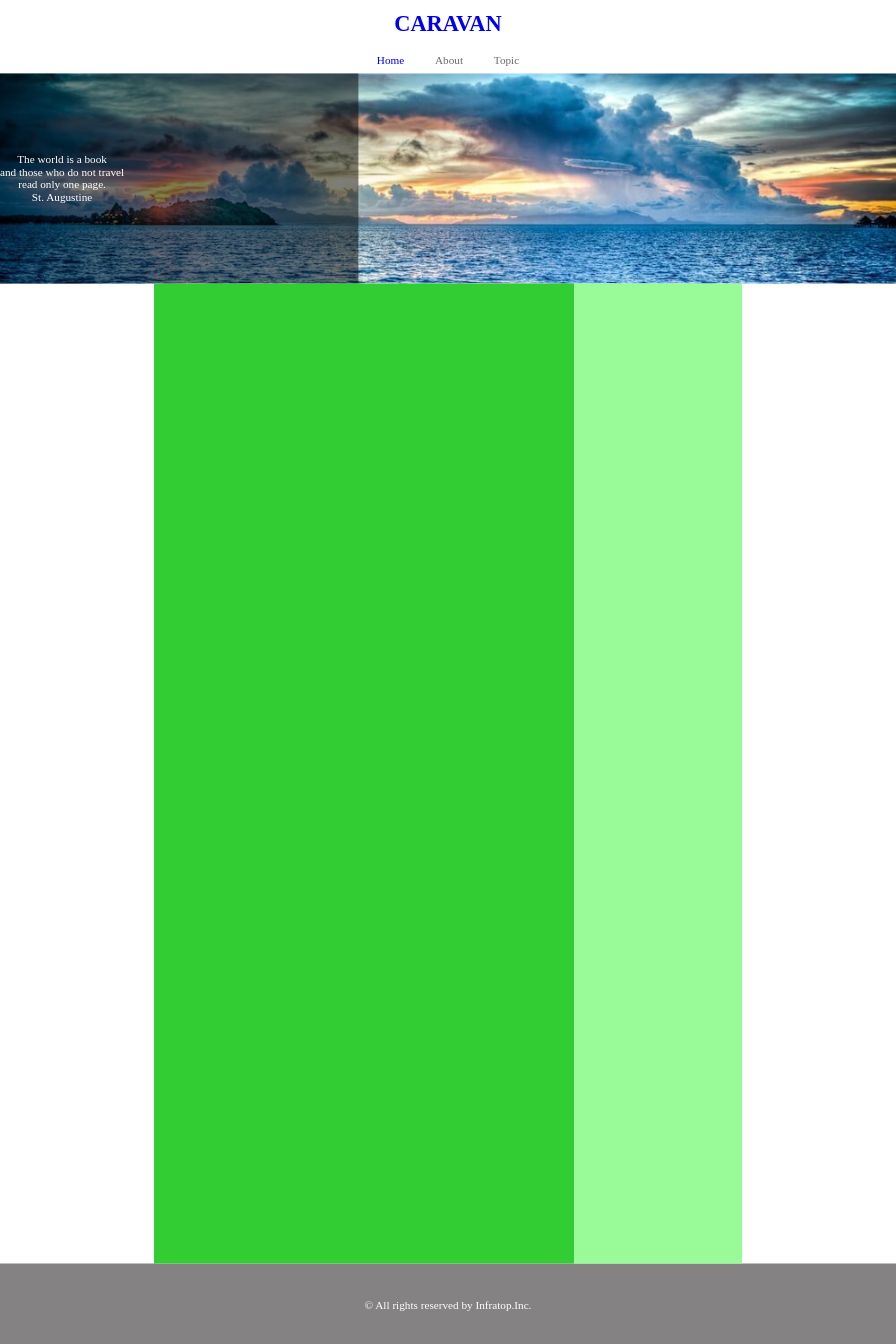
Repository: rascalNoShippo/git-practice
Page: caravan/index.html
The author's editor kept a record of every edit. The page is drawn from the files as they stood at one moment, then again after the next edit.
The browser window is 1280 px wide. The pictures show the part of the page from y = 0 to 1920 px (the page is 1925 px tall before and 3325 px after), at 70% of full size.

Above is the page before.

### caravan/index.html
<!DOCTYPE html>
<html lang="ja">
  <head>
    <meta charset="UTF-8" />
    <link rel="stylesheet" href="style.css" />
    <title>CARAVAN</title>
  </head>

  <body>
    <header>
      <h1 class="heading">
        <a href="index.html">CARAVAN</a>
      </h1>
    </header>
    <nav>
      <ul class="nav-list">
        <li class="nav-list-item">
          <a href="index.html">Home</a>
        </li>
        <li class="nav-list-item">About</li>
        <li class="nav-list-item">Topic</li>
      </ul>
    </nav>
    <div class="main-visual">
      <div class="main-visual-content">
        <div>
          <p class="main-visual-text">
            The world is a book<br>and those who do not travel<br>read only one page.
          </p>
          <p class="main-visual-name">
            St. Augustine
          </p>
        </div>
      </div>
    </div>
    <div class="main">
      <div class="blog"></div>
      <div class="sidebar"></div>
    </div>
    <footer>
      <p class="footer-text">© All rights reserved by Infratop.Inc.</p>
    </footer>
  </body>
</html>

### caravan/style.css
*{
  margin: 0;
  padding: 0;
  box-sizing: border-box;
}

body{
  color: #6c6b6b;
}

a{
  text-decoration: none;
}

header {
  width: 90%;
  padding: 15px 0;
  margin: 0 auto;
  text-align: center
}

header .heading{
  font-size: 32px;
}

.nav-list{
 text-align: center;
 padding: 10px 0;
 margin: 0 auto;
 }

.nav-list-item{
  list-style: none;
  display: inline-block;
  margin: 0 20px;
}

.main-visual{
  width: 100%;
  height: 300px;
  background-image: url("image/mv.jpg");
  background-size: cover;
  background-position: center;
}

.main-visual-content{
  width: 40%;
  height: 300px;
  background-color: rgba(0,0,0,0.5);
  display: flex;
  align-items: center;
  flex-wrap: wrap;
  text-align: center;
  color: white;
}

/*.main-visual-content p{
  text-align: center;
}
*/
.main{
  width: 840px;
  /*height: 1400px;*/
  /*background-color: green;*/
  display: flex;
  justify-content: center;
  margin: 0 auto;
}

.blog{
  width: 600px;
  height: 1400px;
  background-color: limegreen;
}

.sidebar{
  width: 240px;
  height: 1400px;
  background-color: palegreen;
}

footer {
  width: 100%;
  height: 120px;
  text-align: center;
  line-height: 120px;
  background-color: #848282;
}

.footer-text {
  color: #fff;
}

After the next edit:
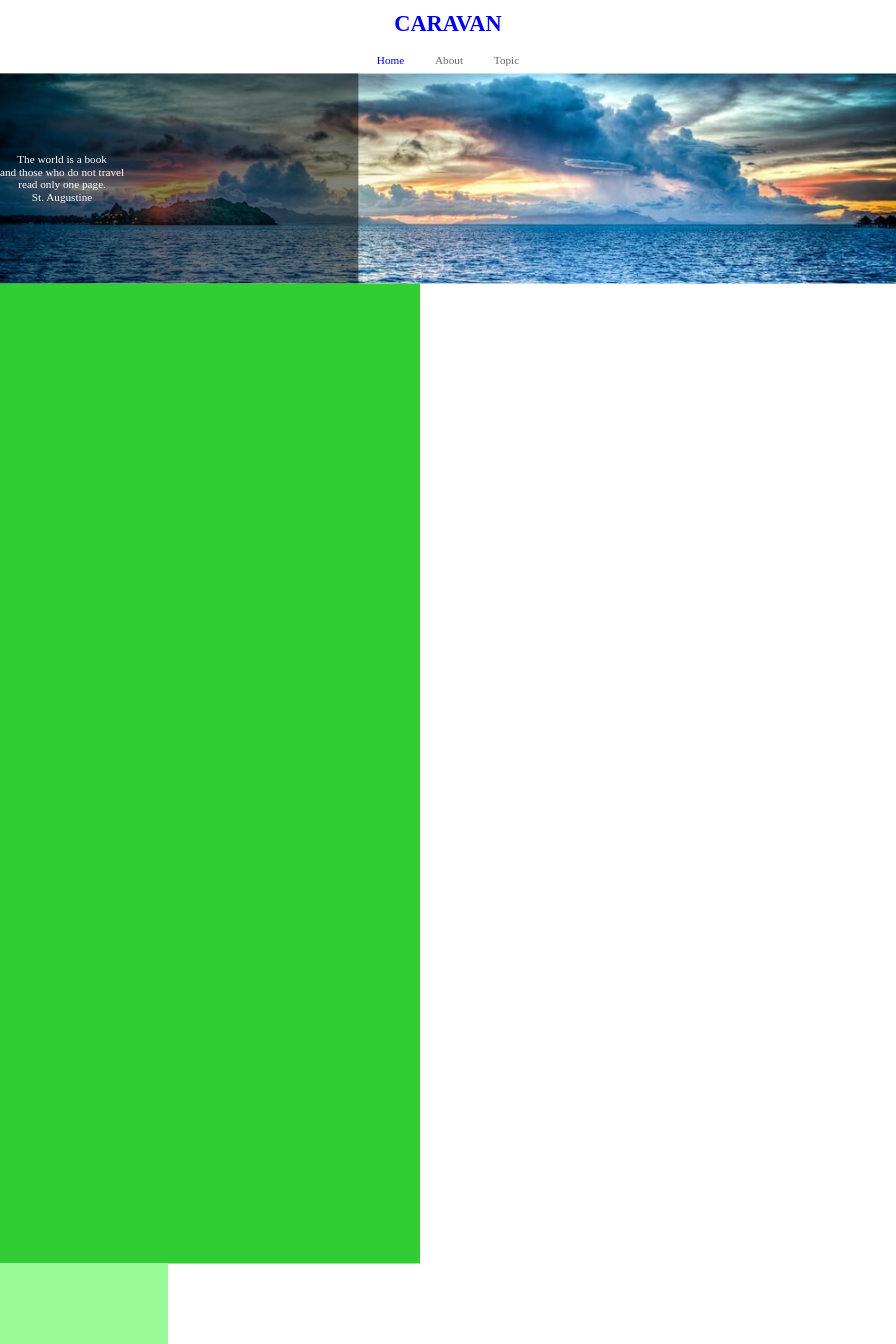
The edit:
--- a/caravan/style.css
+++ b/caravan/style.css
@@ -54,7 +54,7 @@
   color: white;
 }
 
-/*.main-visual-content p{
+.main-visual-content p{
   text-align: center;
 }
 */

After the edit that followed:
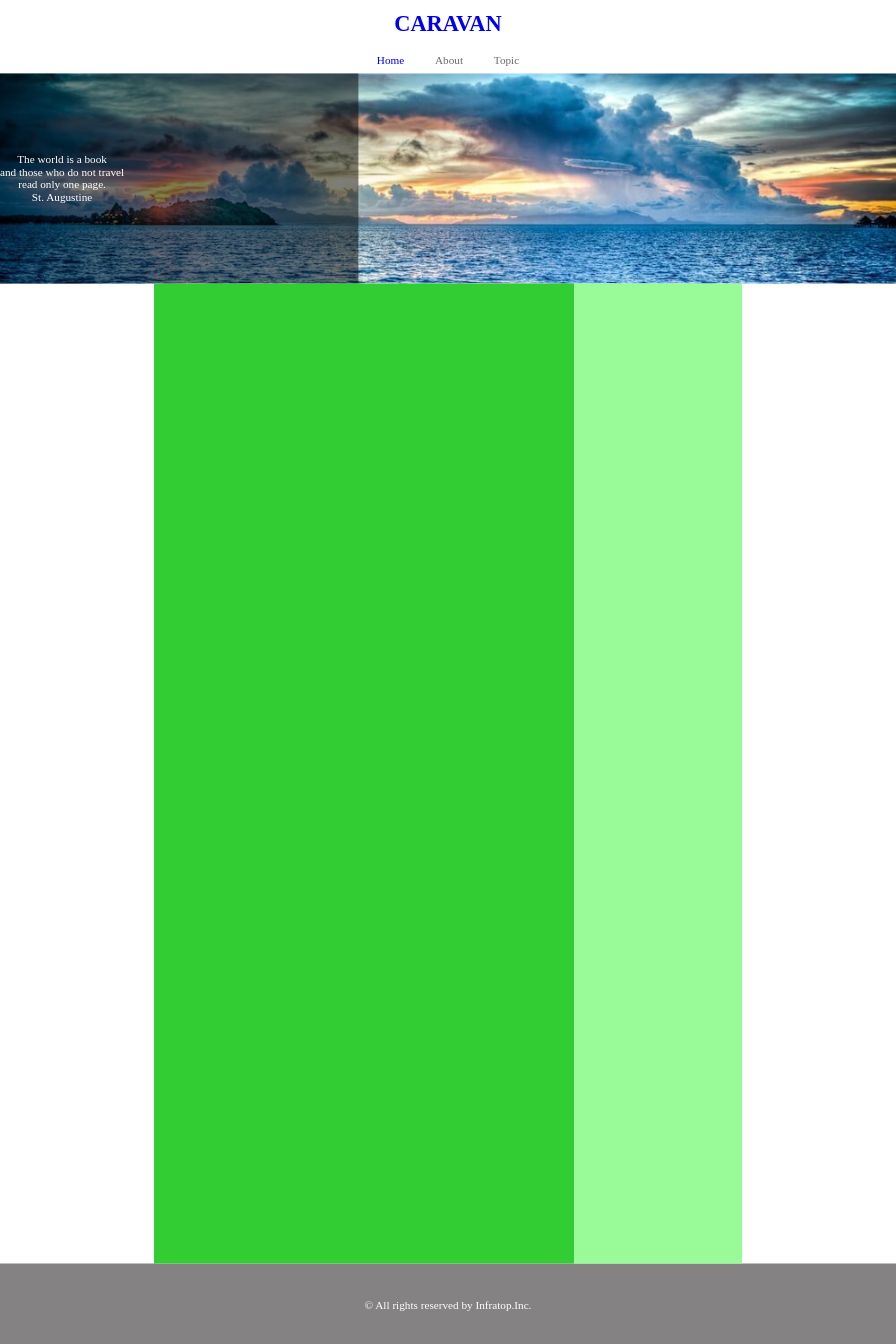
The edit:
--- a/caravan/style.css
+++ b/caravan/style.css
@@ -57,7 +57,7 @@
 .main-visual-content p{
   text-align: center;
 }
-*/
+
 .main{
   width: 840px;
   /*height: 1400px;*/
